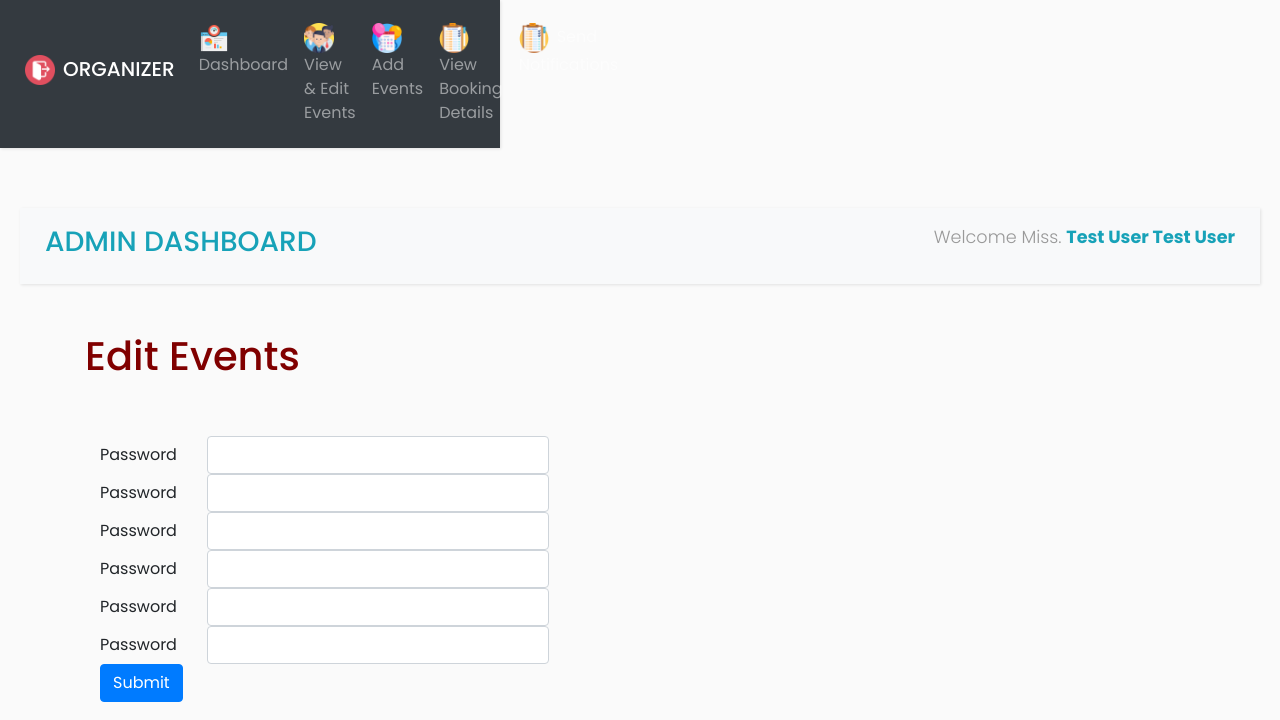
Repository: kalaprabhakar/Event_Management
Page: http://localhost/Event_Management_System/WEB-INF/pages/update_event.jsp
These files come from the project's save history. The page is drawn as it stood at one moment and after the next save; the edit follows.
The browser window is 1280 px wide. The pictures show the whole page.
An inner scrolling area shows only its first screen. Some web libraries are served in a nearby version. The page is served by Tomcat 10. The session is filled in as if someone had signed in: {"Admin_firstname": "Test User", "Admin_lastname": "Test User", "Admin_email": "test@example.com", "Admin_phone": 1, "Admin_address": 1, "Admin_gender": 1, "Admin_id": 1, "Admin_role": "admin", "User_firstname": "Test User", "User_lastname": "Test User", "User_email": "test@example.com", "User_phone": 1, "User_address": 1, "User_gender": 1, "User_id": 1, "User_role": "admin"}. The template is opened directly, without the code that normally fills it, so the values that code supplies are empty.

Above is the page before, as saved 2024-05-10 11:56:15.

After the next save:
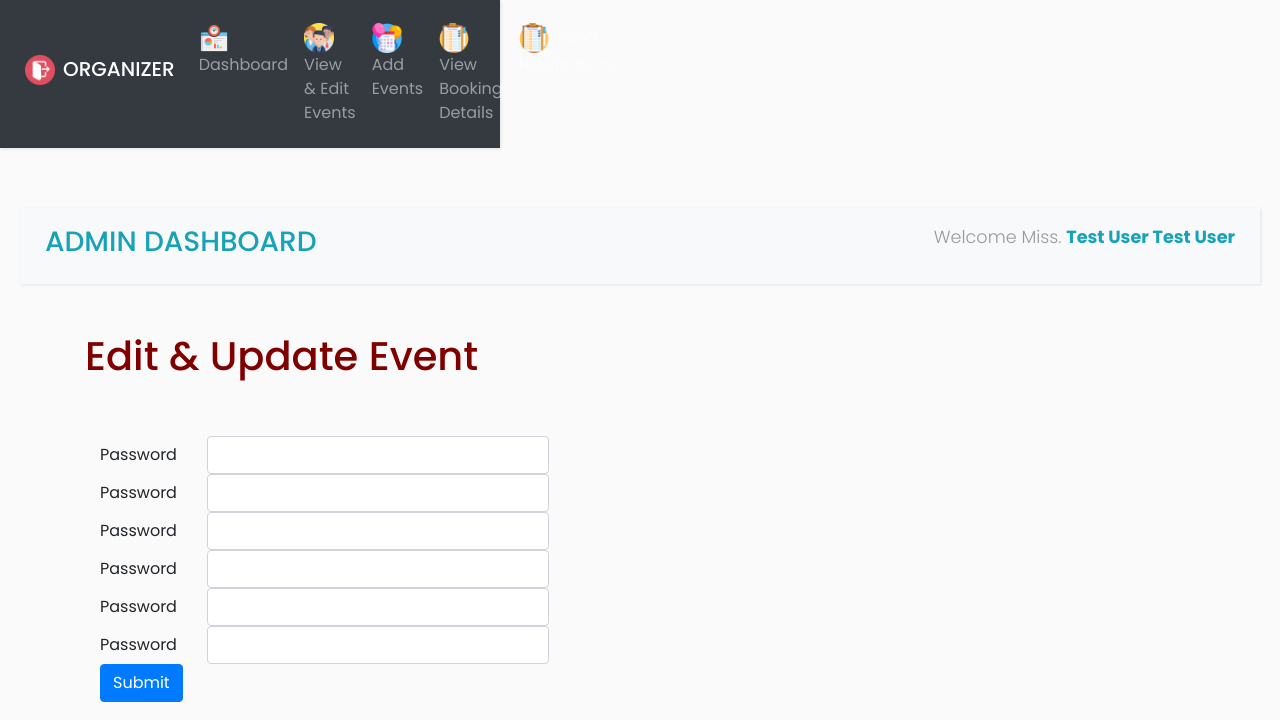
Saved 26 s later.
--- a/Hyscaler/Event_Management_System/src/main/webapp/WEB-INF/pages/update_event.jsp
+++ b/Hyscaler/Event_Management_System/src/main/webapp/WEB-INF/pages/update_event.jsp
@@ -52,7 +52,7 @@ if (session.getAttribute("Admin_email") == null) {
 	<section class="container ">
 		<div class="container">
 			<div class="row align-items-center my-5">
-				<h1 style="text-align: center; color: maroon;">Edit Events</h1>
+				<h1 style="text-align: center; color: maroon;">Edit & Update Event</h1>
 			</div>
 			<!-- For Demo Purpose -->
 			<div class="col-md-12 col-lg-6 col-sm-12 mb-5">
